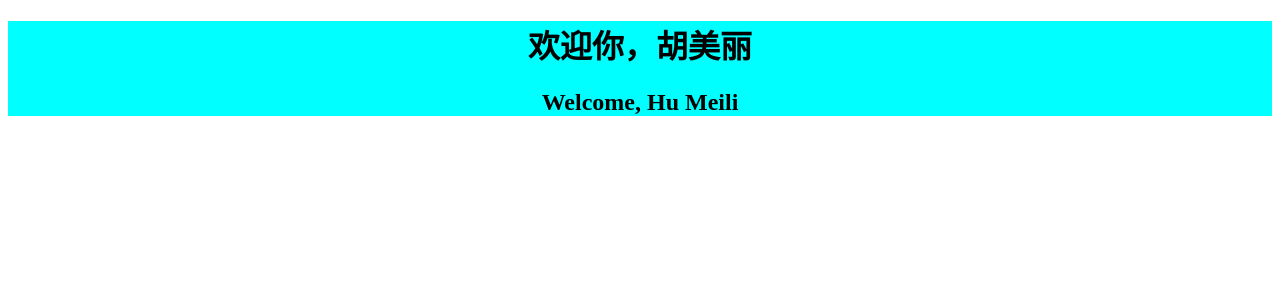
Repository: NanmeiYC/NanmeiYC.github.io
Page: zhuye.html
An editor plug-in stored every save of this project. The page is shown before and after a run of saves, followed by the edit.
The browser window is 1280 px wide. The pictures show the whole page.

Above is the page before, as saved 2021-05-28 23:23:55.

### zhuye.html
<!DOCTYPE html>
<html>
    <head>
        <meta http-equiv="Content-Type" content="text/html; charset=UTF-8">
        <title>欢迎我们美丽大方温柔善良的胡美丽</title>
    </head>
    <body bgcolor="">
        <div align="center" style="background-color: aqua;">
            <h1>欢迎你，胡美丽</h1>
            <h2>Welcome, Hu Meili</h2>
        </div>
        <table>
            <tr align="center" cellpadding="10" width="1000" style="background-color: hotpink;"></tr>
        </table>
    </body>
</html>

After the next 2 saves:
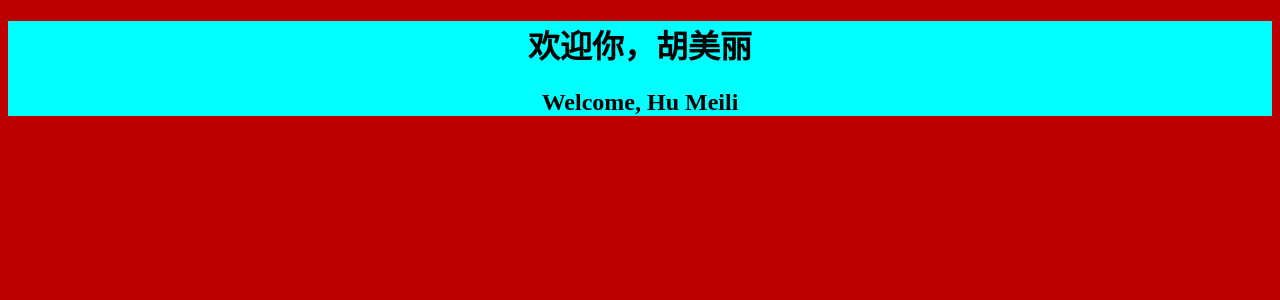
The 2 saves are shown as one change because they came seconds apart.
The last was saved 13 s later.
--- a/zhuye.html
+++ b/zhuye.html
@@ -4,7 +4,7 @@
         <meta http-equiv="Content-Type" content="text/html; charset=UTF-8">
         <title>欢迎我们美丽大方温柔善良的胡美丽</title>
     </head>
-    <body bgcolor="">
+    <body bgcolor="background-color">
         <div align="center" style="background-color: aqua;">
             <h1>欢迎你，胡美丽</h1>
             <h2>Welcome, Hu Meili</h2>

After the 3 saves that followed:
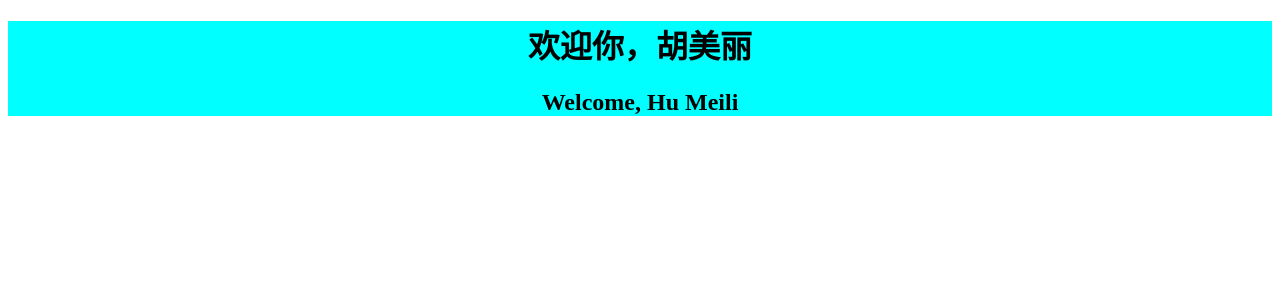
The 3 saves are shown as one change because 1 left the picture as it was and some came seconds apart.
The last was saved 58 s later.
--- a/zhuye.html
+++ b/zhuye.html
@@ -4,7 +4,7 @@
         <meta http-equiv="Content-Type" content="text/html; charset=UTF-8">
         <title>欢迎我们美丽大方温柔善良的胡美丽</title>
     </head>
-    <body bgcolor="background-color">
+    <body bg>
         <div align="center" style="background-color: aqua;">
             <h1>欢迎你，胡美丽</h1>
             <h2>Welcome, Hu Meili</h2>
